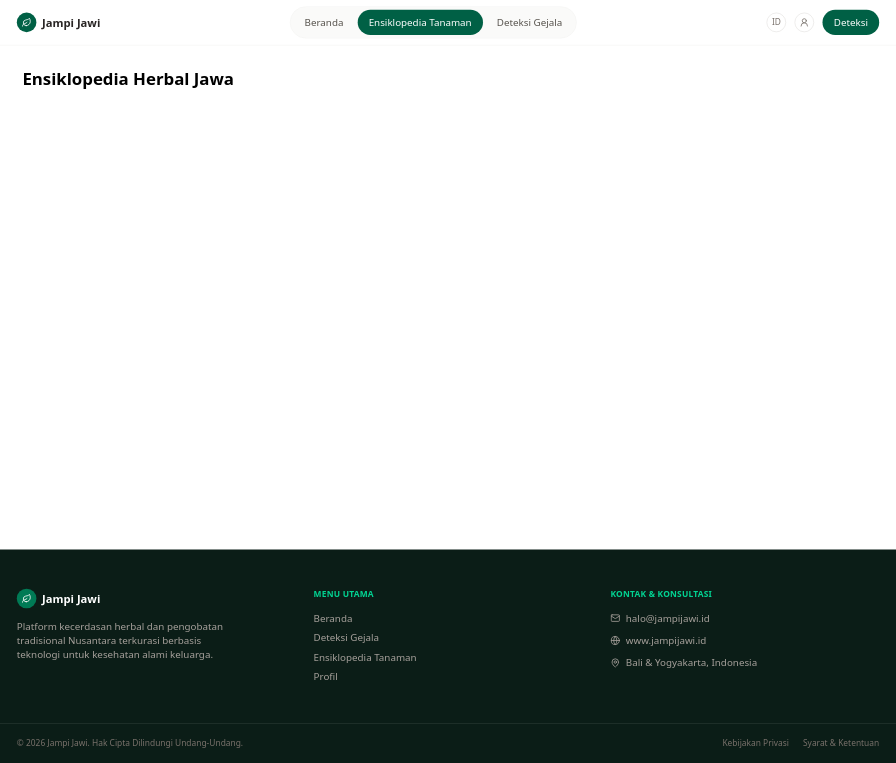
Repository: VergiMutiaRahmasyani/JampiJawi
Page: /ensiklopedia
The author's editor kept a copy of each file at every save. The page is drawn from the files as they stood at one save, then again after the next save.
The browser window is 1280 px wide. The pictures show the part of the page from y = 0 to 1920 px (the page is 1090 px tall before and 3982 px after), at 70% of full size.
The project was rebuilt for these pictures with package versions that can differ from the ones it lists, and the page was loaded fresh each time. Also part of the build but not shown: vite.config.js, src/components/shared/ProtectedRoute.jsx, src/pages/HomePage.jsx, src/pages/LoginPage.jsx, src/pages/RegisterPage.jsx, src/pages/DetailHerbalPage.jsx, src/pages/KeluhanPage.jsx, src/pages/HasilRekomendasiPage.jsx and 5 more.

Above is the page before, as saved 2026-09-10 22:09:00.

After the next save:
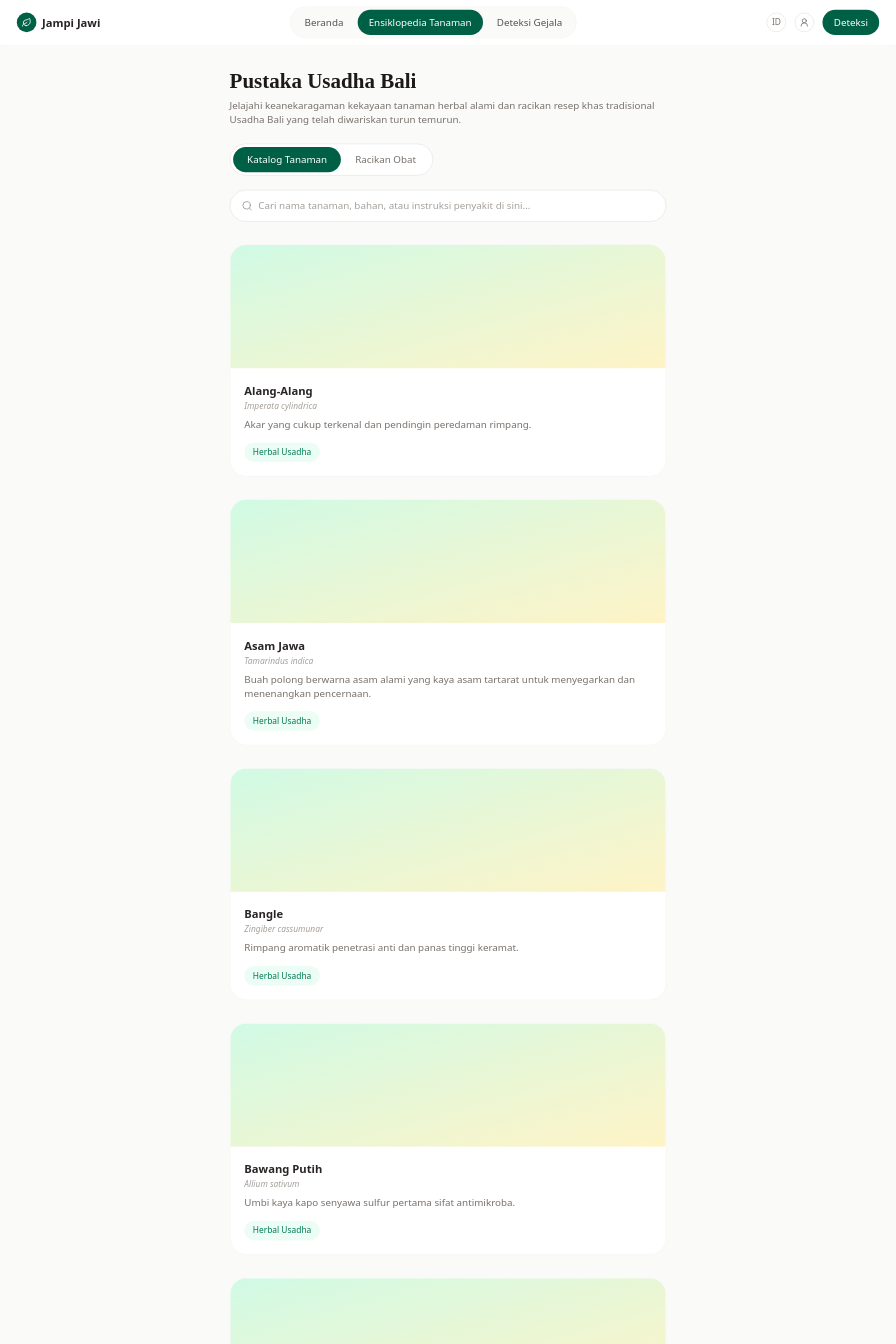
Saved 5 s later.
--- a/src/pages/EnsiklopediaPage.jsx
+++ b/src/pages/EnsiklopediaPage.jsx
@@ -1,7 +1,129 @@
+import { useState } from "react";
+import { Search } from "lucide-react";
+
+const tanamanList = [
+  { nama: "Alang-Alang", latin: "Imperata cylindrica", desc: "Akar yang cukup terkenal dan pendingin peredaman rimpang.", tag: "Herbal Usadha" },
+  { nama: "Asam Jawa", latin: "Tamarindus indica", desc: "Buah polong berwarna asam alami yang kaya asam tartarat untuk menyegarkan dan menenangkan pencernaan.", tag: "Herbal Usadha" },
+  { nama: "Bangle", latin: "Zingiber cassumunar", desc: "Rimpang aromatik penetrasi anti dan panas tinggi keramat.", tag: "Herbal Usadha" },
+  { nama: "Bawang Putih", latin: "Allium sativum", desc: "Umbi kaya kapo senyawa sulfur pertama sifat antimikroba.", tag: "Herbal Usadha" },
+  { nama: "Belimbing Wuluh", latin: "Averrhoa bilimbi", desc: "Buah asam kaya vitamin C dan asam ferula pengencer alami darah.", tag: "Herbal Usadha" },
+  { nama: "Beras", latin: "Oryza sativa", desc: "Perekat alami bubuk bedak.", tag: "Herbal Usadha" },
+  { nama: "Binahong", latin: "Anredera cordifolia", desc: "Daun penambal luka seperti penutrisi kolagen alami berupa luka.", tag: "Herbal Usadha" },
+  { nama: "Daun Kelor", latin: "Moringa oleifera", desc: "Daun kaya mineral dan nutrisi penunjang imunitas dan asupan keluarga.", tag: "Herbal Usadha" },
+  { nama: "Jahe", latin: "Zingiber officinale", desc: "Rimpang penghangat panas dan penyelaras pencernaan.", tag: "Herbal Usadha" },
+];
+
+const racikanList = [
+  { nama: "Air Basuhan Sirih", desc: "Kelebihan: bilasan, gejala, sensitif iritasi. Racikan herbal tradisional Usadha Bali. Terbukti daun sirih segar dengan 1 liter air panas selama 10–15 menit. Biarkan hingga hangat suam-suam kuku.", tag: "Herbal kulit" },
+  { nama: "Air Rebusan Pandan", desc: "Kelebihan: gelisah, insomnia. Racikan herbal tradisional Usadha Bali. Rebus 3 lembar daun pandan yang telah dipotong-potong dengan 2 gelas air (400 ml) selama 10–15 menit hingga hangat.", tag: "Herbal insomnia" },
+  { nama: "Air Rebusan Serai", desc: "Kelebihan: nyeri sendi, pegal linu, masuk angin, pegal otot, batuk pilek. Racikan herbal tradisional Usadha Bali. Rebus 3 batang serai yang telah digeprek dengan 2 gelas air selama 10 menit hingga hangat.", tag: "Herbal pegal" },
+  { nama: "Air Remasan Bunga Sepatu", desc: "Kelebihan: antioksidan, pelemas, pegal, demam, panas dalam. Racikan herbal tradisional Usadha Bali. Remas 5-7 kuntum bunga sepatu segar dengan sedikit air matang hingga sarinya keluar.", tag: "Herbal demam" },
+  { nama: "Boreh Bangle Kencur", desc: "Kelebihan: pegal, demam, pilek. Racikan herbal tradisional Usadha Bali. Haluskan bangle dan kencur dengan sedikit air hingga membentuk pasta. Tempelkan pada bagian tubuh yang pegal.", tag: "Herbal pegal" },
+  { nama: "Boreh Warm Balinese Herbal", desc: "Kelebihan: pegal, linu, masuk angin. Racikan herbal tradisional Usadha Bali. Haluskan rimpang jahe, kencur, dan bangle secukupnya, campurkan sedikit air hangat.", tag: "Herbal sendi" },
+];
+
 export default function EnsiklopediaPage() {
+  const [tab, setTab] = useState("tanaman");
+  const [query, setQuery] = useState("");
+
+  const filteredTanaman = tanamanList.filter((t) =>
+    t.nama.toLowerCase().includes(query.toLowerCase())
+  );
+  const filteredRacikan = racikanList.filter((r) =>
+    r.nama.toLowerCase().includes(query.toLowerCase())
+  );
+
   return (
-    <div className="p-8">
-      <h1 className="text-2xl font-bold">Ensiklopedia Herbal Jawa</h1>
+    <div className="bg-stone-50 min-h-screen">
+      <div className="max-w-2xl mx-auto px-6 pt-8 pb-16">
+        <h1 className="text-3xl font-bold text-stone-900" style={{ fontFamily: "serif" }}>
+          Pustaka Usadha Bali
+        </h1>
+        <p className="mt-2 text-stone-500 text-sm">
+          Jelajahi keanekaragaman kekayaan tanaman herbal alami dan racikan
+          resep khas tradisional Usadha Bali yang telah diwariskan turun temurun.
+        </p>
+
+        {/* Tabs */}
+        <div className="mt-6 inline-flex bg-white border border-stone-200 rounded-full p-1">
+          <button
+            onClick={() => setTab("tanaman")}
+            className={`px-5 py-2 rounded-full text-sm font-medium transition ${
+              tab === "tanaman" ? "bg-emerald-800 text-white" : "text-stone-500"
+            }`}
+          >
+            Katalog Tanaman
+          </button>
+          <button
+            onClick={() => setTab("racikan")}
+            className={`px-5 py-2 rounded-full text-sm font-medium transition ${
+              tab === "racikan" ? "bg-emerald-800 text-white" : "text-stone-500"
+            }`}
+          >
+            Racikan Obat
+          </button>
+        </div>
+
+        {/* Search */}
+        <div className="mt-5 flex items-center gap-2 bg-white border border-stone-200 rounded-full px-4 py-3">
+          <Search size={16} className="text-stone-400" />
+          <input
+            type="text"
+            value={query}
+            onChange={(e) => setQuery(e.target.value)}
+            placeholder="Cari nama tanaman, bahan, atau instruksi penyakit di sini..."
+            className="flex-1 outline-none text-sm text-stone-700 placeholder:text-stone-400"
+          />
+        </div>
+
+        {/* ===== Katalog Tanaman ===== */}
+        {tab === "tanaman" && (
+          <div className="mt-8 space-y-8">
+            {filteredTanaman.map((t) => (
+              <div key={t.nama} className="bg-white rounded-3xl overflow-hidden border border-stone-100">
+                <div className="h-44 bg-gradient-to-br from-emerald-100 to-amber-100" />
+                <div className="p-5">
+                  <p className="font-semibold text-stone-800">{t.nama}</p>
+                  <p className="text-xs italic text-stone-400 mt-0.5">{t.latin}</p>
+                  <p className="text-sm text-stone-500 mt-2">{t.desc}</p>
+                  <span className="inline-block mt-4 bg-emerald-50 text-emerald-700 text-xs font-medium px-3 py-1.5 rounded-full">
+                    {t.tag}
+                  </span>
+                </div>
+              </div>
+            ))}
+            {filteredTanaman.length === 0 && (
+              <p className="text-center text-stone-400 text-sm py-10">Tidak ada tanaman ditemukan.</p>
+            )}
+          </div>
+        )}
+
+        {/* ===== Racikan Obat ===== */}
+        {tab === "racikan" && (
+          <div className="mt-8 space-y-8">
+            {filteredRacikan.map((r) => (
+              <div key={r.nama} className="bg-white rounded-3xl overflow-hidden border border-stone-100">
+                <div className="h-44 bg-gradient-to-br from-amber-100 to-stone-200" />
+                <div className="p-5">
+                  <p className="font-semibold text-stone-800">{r.nama}</p>
+                  <p className="text-sm text-stone-500 mt-2">{r.desc}</p>
+                  <div className="mt-4 flex items-center justify-between">
+                    <span className="bg-emerald-50 text-emerald-700 text-xs font-medium px-3 py-1.5 rounded-full">
+                      {r.tag}
+                    </span>
+                    <button className="text-sm font-medium text-emerald-700">
+                      Lihat Khasiat →
+                    </button>
+                  </div>
+                </div>
+              </div>
+            ))}
+            {filteredRacikan.length === 0 && (
+              <p className="text-center text-stone-400 text-sm py-10">Tidak ada racikan ditemukan.</p>
+            )}
+          </div>
+        )}
+      </div>
     </div>
   );
 }
